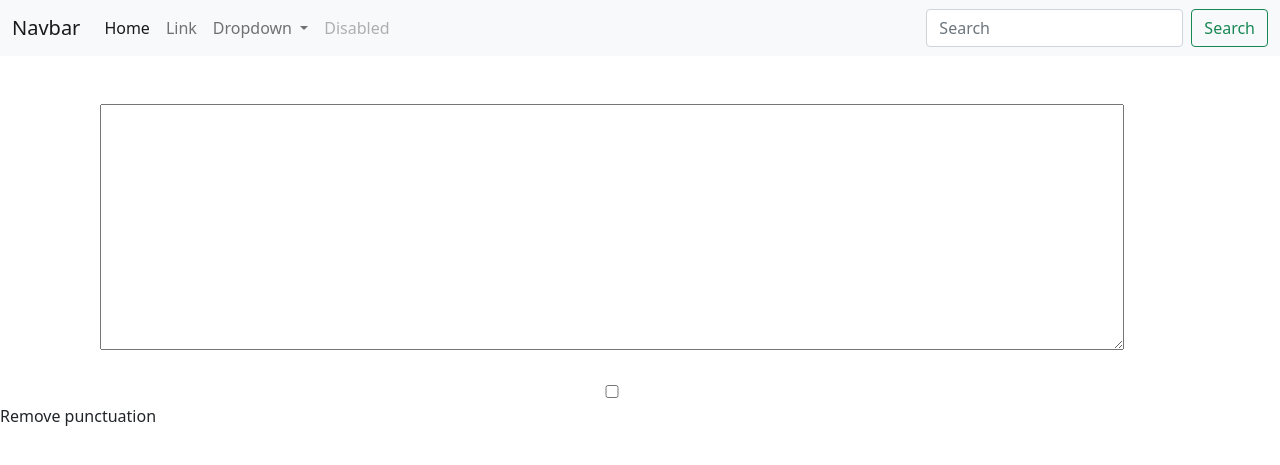
Repository: thenameisshreyank/Textutility
Page: http://localhost/
The author's editor kept a copy of each file at every save. The page is drawn from the files as they stood at one save, then again after the next save.
The browser window is 1280 px wide. The pictures show the whole page.
The page is served by the project's application, run on Django 4.2 (manage.py).

Above is the page before, as saved 2022-04-12 08:40:43.

After the next save:
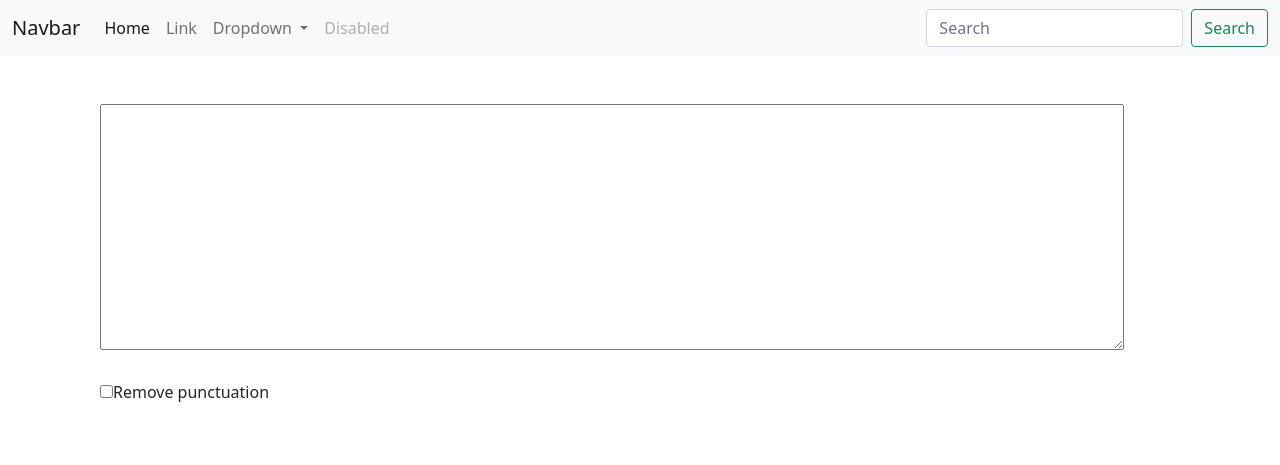
Saved 10 s later.
--- a/templates/index.html
+++ b/templates/index.html
@@ -15,8 +15,8 @@
       }
       #rf{
         margin-left: 100px;
-        width: 80%;
-        margin-right:100px;
+
+
       }
     </style>
 </head>
